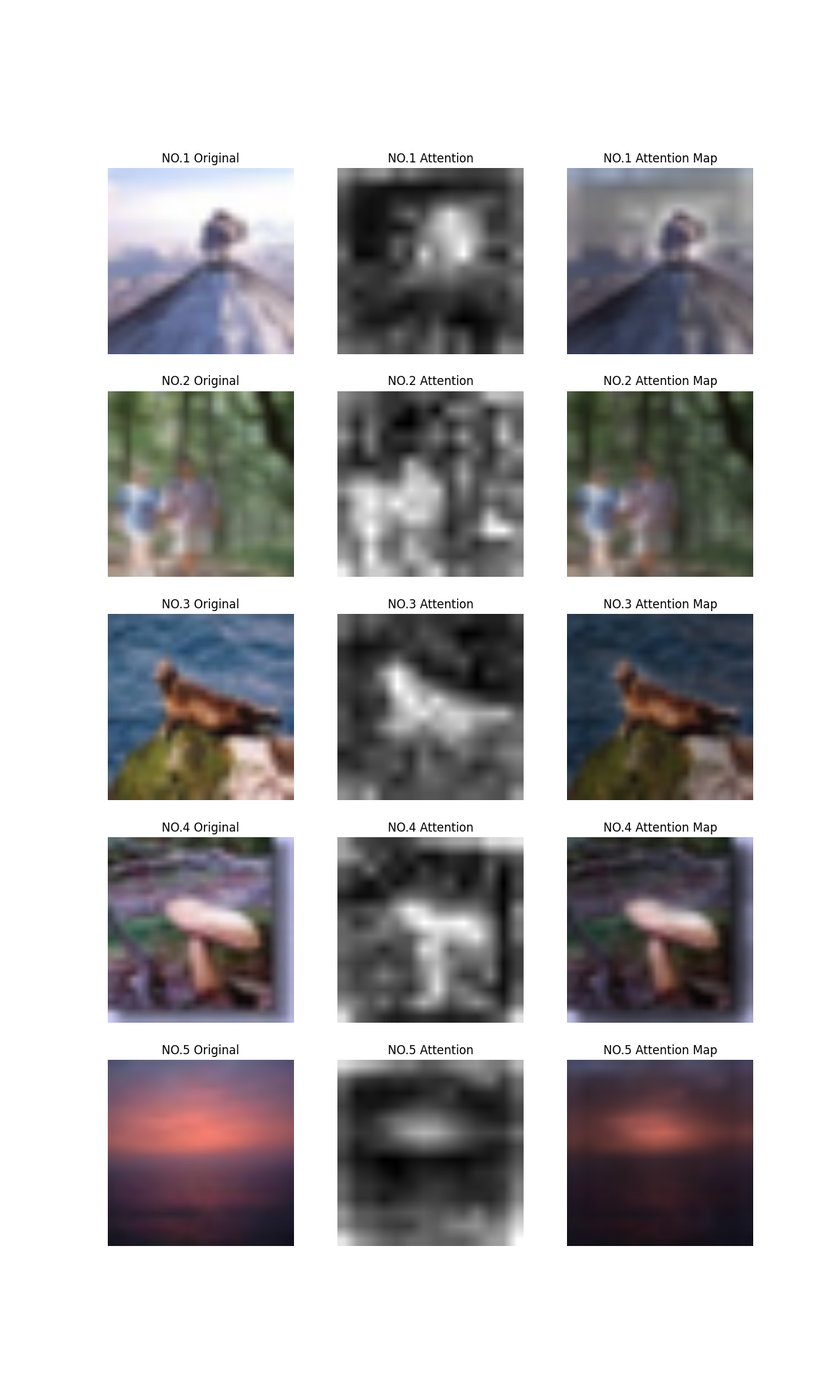
Repository: ginnux/vit
Script's output: python figure/visual.py
An editor plug-in stored every save of this project. The script's output is shown before and after the next save, followed by the edit.
The pictures are shown at 70% of full size.
Random numbers start from a fixed seed. It also reads figure/visualize.pkl.

Above is the script's output before, as saved 2024-06-24 22:34:46.

### figure/visual.py
import pickle
import numpy as np
import matplotlib.pyplot as plt

# Load data
with open("figure/visualize.pkl", "rb") as f:
    data = pickle.load(f)

# Plot
im_list, mask_list, result_list = data

plt.rcParams["font.size"] = 10
plt.rcParams["font.family"] = "Times New Roman"
num = len(im_list)

plt.figure(figsize=(12, 4 * num))

for i in range(num):
    im = im_list[i]
    mask = mask_list[i]
    result = result_list[i]

    plt.subplot(num, 3, 3 * i + 1)
    plt.axis("off")
    plt.title(f"NO.{i+1} Original")
    plt.imshow(im)

    plt.subplot(num, 3, 3 * i + 2)
    plt.axis("off")
    plt.title(f"NO.{i+1} Attention")
    plt.imshow(mask, cmap="gray")

    plt.subplot(num, 3, 3 * i + 3)
    plt.axis("off")
    plt.title(f"NO.{i+1} Attention Map")
    plt.imshow(result)

plt.show()

After the next save:
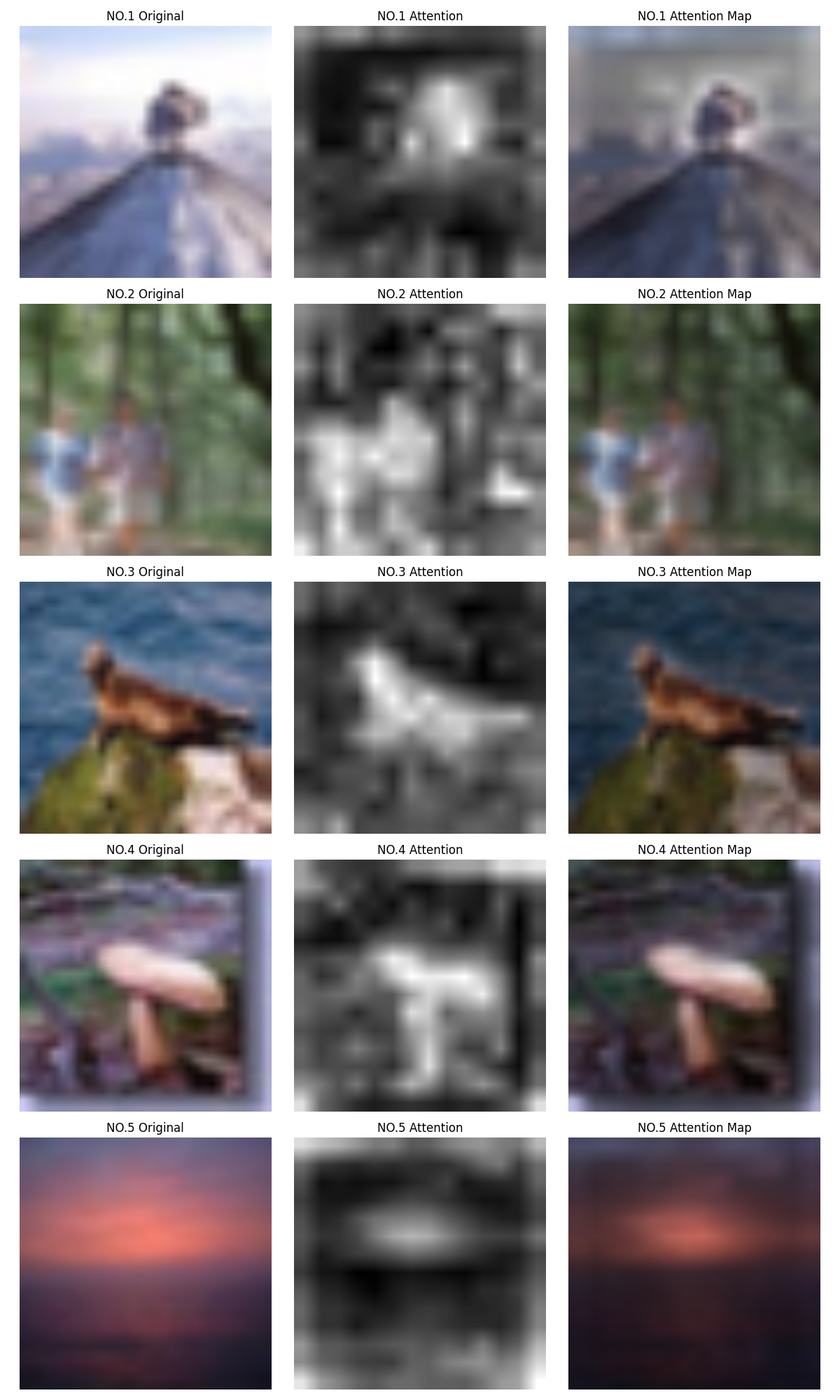
Saved 15 s later.
--- a/figure/visual.py
+++ b/figure/visual.py
@@ -35,4 +35,5 @@ for i in range(num):
     plt.title(f"NO.{i+1} Attention Map")
     plt.imshow(result)
 
+plt.tight_layout()
 plt.show()
